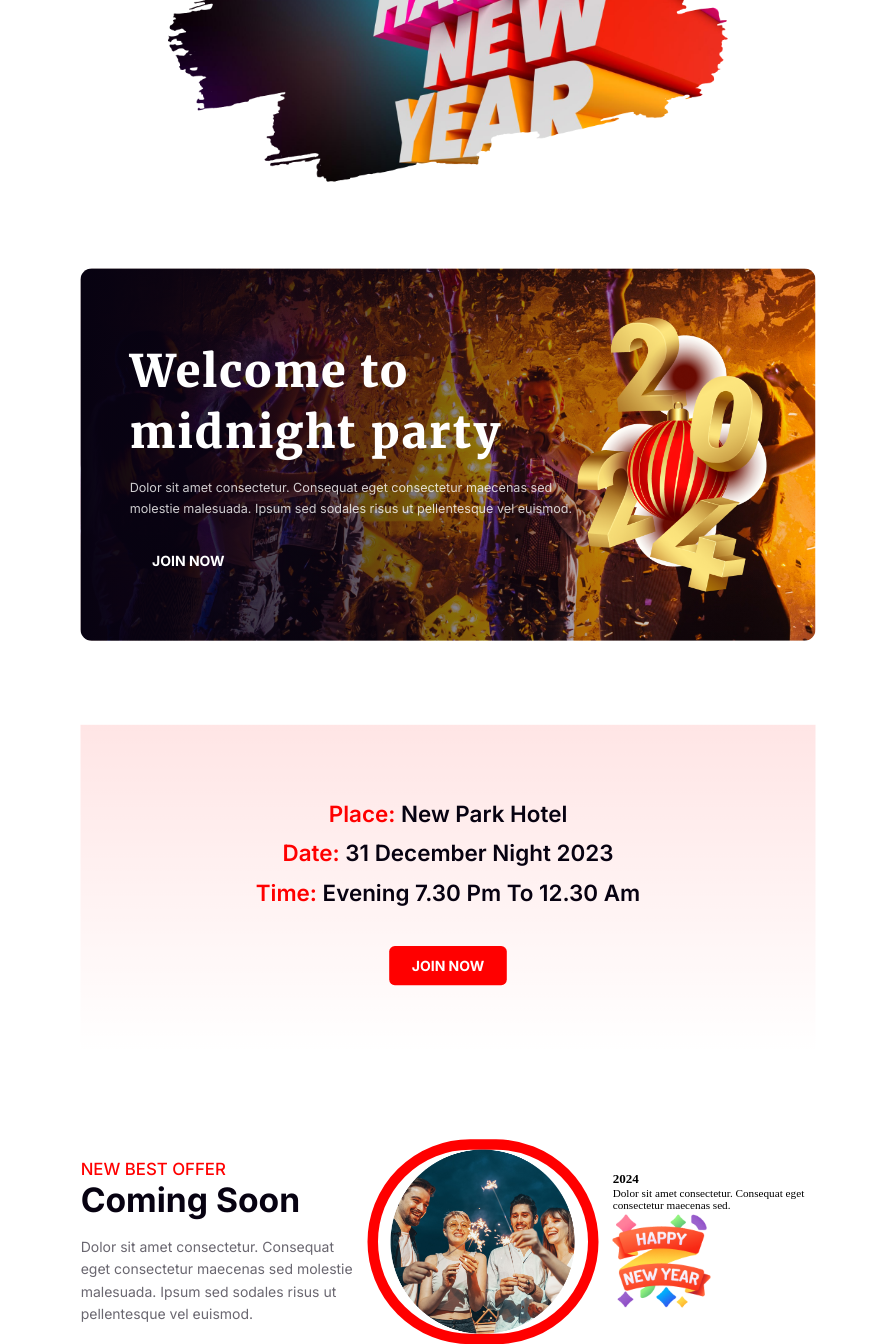
Repository: rahmatahmedrifat/First-Assignment
Page: index.html
The author's editor kept a copy of each file at every save. The page is drawn from the files as they stood at one save, then again after the next save.
The browser window is 1280 px wide. The pictures show the part of the page from y = 1279 to 3199 px (the page is 3199 px tall before and 3144 px after), at 70% of full size.

Above is the page before, as saved 2024-01-08 14:53:57.

### index.html
<!DOCTYPE html>
<html lang="en">
<head>
    <meta charset="UTF-8">
    <meta name="viewport" content="width=device-width, initial-scale=1.0">
    <!-- Title  -->
    <title>New Year 2024</title>
    <!-- favicon icon linked -->
    <link rel="shortcut icon" href="images/New Year Photo.png" type="image/x-icon">
    <!-- style css linked-->
    <link rel="stylesheet" href="Style/style.css">
</head>
<body>
    <!-- header part  -->
    <header>
        <!-- banner section part -->
        <section id="banner">
            <div class="container">
                <div class="banner-container">
                    <div class="banner-content">
                        <h3 class="celebration">Happy New Year</h3>
                        <h2 class="banner-title">New Year Party Celebration</h2>
                    </div>
                </div>
            </div>
        </section>
    </header>
    <!-- main part -->
    <main>
        <!-- categories section part  -->
            <section id="categories">
                <div class="container">
                    <div class="categories-container">
                        <h2 class="categories-discount">65% OFF</h2>
                        <p class="primary-summery">OUR HOLIDAY DEALS ARE BETTER</p>
                        <h3 class="categories-title">ALL CATEGORIES</h3>
                        <div class="categories-img">
                            <img id="new-year-img" src="images/New Year Photo.png" alt="Happy New Year">
                        </div>
                    </div>
                </div>
            </section>

            <!-- party-banner section part -->
            <section id="party-banner">
                <div class="container">
                    <div class="party-container">
                        <div class="party-content">
                            <h2 class="party-title">Welcome to midnight party</h2>
                            <p class="party-description">Dolor sit amet consectetur. Consequat eget consectetur maecenas sed molestie malesuada. Ipsum sed sodales risus ut pellentesque vel euismod. </p>
                            <button id="join-now-btn">JOIN NOW</button>
                        </div>
                        <img class="party-img" src="images/icon/Group 70.png" alt="party-img">
                    </div>
                </div>
            </section>
            <!-- Announce section part -->
            <section id="announce">
                <div class="container">
                    <div class="announce-content">
                        <h4 class="announce-title"><span class="title-color">Place:</span> New Park Hotel</h4>
                        <h4 class="announce-title"><span class="title-color">Date:</span> 31 December Night 2023</h4>
                        <h4 class="announce-title"><span class="title-color">Time:</span> Evening 7.30 pm to 12.30 am</h4>
                        <button class="announce-btn">Join Now</button>
                    </div>
                </div>
            </section>
            <!-- best offer section part -->
            <section id="best-offer">
                <div class="container">
                    <div class="best-offer-container">
                        <div class="best-offer-content">
                            <p class="primary-summery">NEW BEST OFFER</p>
                            <h3 class="best-offer-title">Coming Soon</h3>
                            <p class="best-offer-description">Dolor sit amet consectetur. Consequat eget consectetur maecenas sed molestie malesuada. Ipsum sed sodales risus ut pellentesque vel euismod. </p>
                        </div>
                        <div class="best-offer-img-content">
                            <img class="best-offer-img" src="images/Ellipse 1.png" alt="best-offer-images">
                        </div>
                        <div class="best-offer-year-content">
                            <h3 class="best-offer-year">2024</h3>
                            <p class="best-offer-escription">Dolor sit amet consectetur. Consequat eget consectetur maecenas sed.</p>
                            <img class="best-offer-year-img" src="images/icon/Group 96.png" alt="best-offer-year-img">
                        </div>
                    </div>
                </div>
            </section>
    </main>
    <!--  footer part -->
    <footer></footer>
</body>
</html>

### Style/style.css
/* import google fonts */
@import url('https://fonts.googleapis.com/css2?family=Inter:wght@100;200;300;400;500;600;700;800;900&family=Merriweather:ital,wght@0,300;0,400;0,700;0,900;1,300;1,400;1,700;1,900&display=swap');

*{
    margin: 0;
    padding: 0;
    outline: 0;
}

.container{
    width: 82%;
    margin: 0 auto;
}
/* primary content */
.primary-summery{
    font-family: Inter;
    font-size: 24px;
    font-style: normal;
    font-weight: 500;
    color: #F00;
    line-height: normal;
}
/* banner section related css style */
#banner{
    margin-top: 30px;
}
.banner-container{
    background-image: linear-gradient(180deg, #070211 0%, rgba(7, 2, 17, 0.00) 100%), url(../images/Banner\ Image.png);
    background-size: cover;
    background-repeat: no-repeat;
    background-position: center;
    border-radius: 16px;
    padding: 177px 0px;
}
.banner-container .banner-content{
    width: 632px;
    margin: 0 auto;
}
.banner-container .banner-content .celebration{
    color: #FFF;
    text-align: center;
    font-family: Merriweather;
    font-size: 32px;
    font-style: normal;
    font-weight: 400;
    line-height: normal;
    margin-bottom: 16px;
    z-index: 99;
}
.banner-container .banner-content .banner-title{
    color: #FFF;
    text-align: center;
    font-family: Merriweather;
    font-size: 72px;
    font-style: normal;
    font-weight: 900;
    line-height: 95px;
}
/* categories section related css style */

#categories{
    margin: 120px 0px;
}
.categories-container{
    text-align: center;
}
.categories-container .categories-discount{
    font-family: Inter;
    font-size: 88px;
    font-style: normal;
    font-weight: 700;
    color: #F00;
    line-height: normal;
    margin-bottom: 48px;
}

.categories-title{
    font-family: Inter;
    font-size: 48px;
    font-style: normal;
    font-weight: 700;
    color: #070211;
    line-height: normal;
    margin-bottom: 48px;
}
.categories-container .categories-img{
    width: 800px;
    margin: 0 auto;
}
.categories-img #new-year-img{
    max-width: 100%;
}

/* party-banner section css style  */
#party-banner{

}
.party-container{
    background-image: linear-gradient(90deg, #070211 0%, rgba(7, 2, 17, 0.00) 100%), url(../images/Vectorrr.png);
    background-position: center;
    background-repeat: no-repeat;
    background-size: cover;
    display: flex;
    align-items: center;
    justify-content: space-between;
    border-radius: 16px;
    padding: 70px 70px;
}
.party-container .party-content{
    width: 900px;
}
.party-content .party-title{
    font-family: Merriweather;
    font-size: 64px;
    font-style: normal;
    font-weight: 900;
    color: #FFF;
    line-height: 88px;
    letter-spacing: 3px;
}
.party-content .party-description{
    font-family: Inter;
    font-size: 18px;
    font-style: normal;
    font-weight: 400;
    color: rgba(255, 255, 255, 0.80);
    line-height: 30px;
    margin-top: 20px;
}
#join-now-btn{
    font-family: Inter;
    font-size: 20px;
    font-style: normal;
    font-weight: 700;
    color: #FFF;
    background: transparent;
    line-height: normal;
    text-transform: uppercase;
    border: none;
    cursor: pointer;
    margin-top: 48px;
    margin-left: 32px;
}
.party-container .party-img{
    width: 270px;
    max-width: 100%;
}

/* Announce section css style */

#announce{
    margin: 120px 0px;
}
.announce-content{
    background: linear-gradient(180deg, rgba(255, 0, 0, 0.10) 0%, rgba(255, 0, 0, 0.00) 100%);
    padding: 100px 0;
    text-align: center;
}
.announce-content .announce-title{
    color: #070211;
    font-family: Inter;
    font-size: 32px;
    font-style: normal;
    font-weight: 600;
    line-height: 56px;
    text-transform: capitalize;
}
.announce-content .announce-title .title-color{
    color: #F00;
}
.announce-btn{
    font-family: Inter;
    font-size: 20px;
    font-style: normal;
    font-weight: 700;
    line-height: normal;
    color: #FFF;
    text-align: center;
    text-transform: uppercase;
    border-radius: 8px;
    background: #F00;
    padding: 16px 32px;
    border: none;
    cursor: pointer;
    transition: all ease 0.5s;
    margin-top: 48px;
}
.announce-btn:hover{
    background: #fff;
    color: #f00;
    outline: 1px solid #F00;
}
/* best-offer section style css */

.best-offer-title{
    font-family: Inter;
    font-size: 48px;
    font-style: normal;
    font-weight: 700;
    color: #070211;
    line-height: normal;
}
.best-offer-description{
    font-family: Inter;
    font-size: 20px;
    font-style: normal;
    font-weight: 400;
    color: rgba(7, 2, 17, 0.60);
    line-height: 32px;
    margin-top: 22px;
}
.best-offer-container{
    display: flex;
    align-items: center;
    gap: 20px;
}
.best-offer-content{
    width: 600px;
}
.best-offer-img-content{
    width: 463px;
    border-radius: 463px;
    border: 15px solid #F00;
    display: flex;
    align-items: center;
    justify-content: center;
}
.best-offer-img-content .best-offer-img{
    width: 263px;
}
.best-offer-year{
    width: ;
}

After the next save:
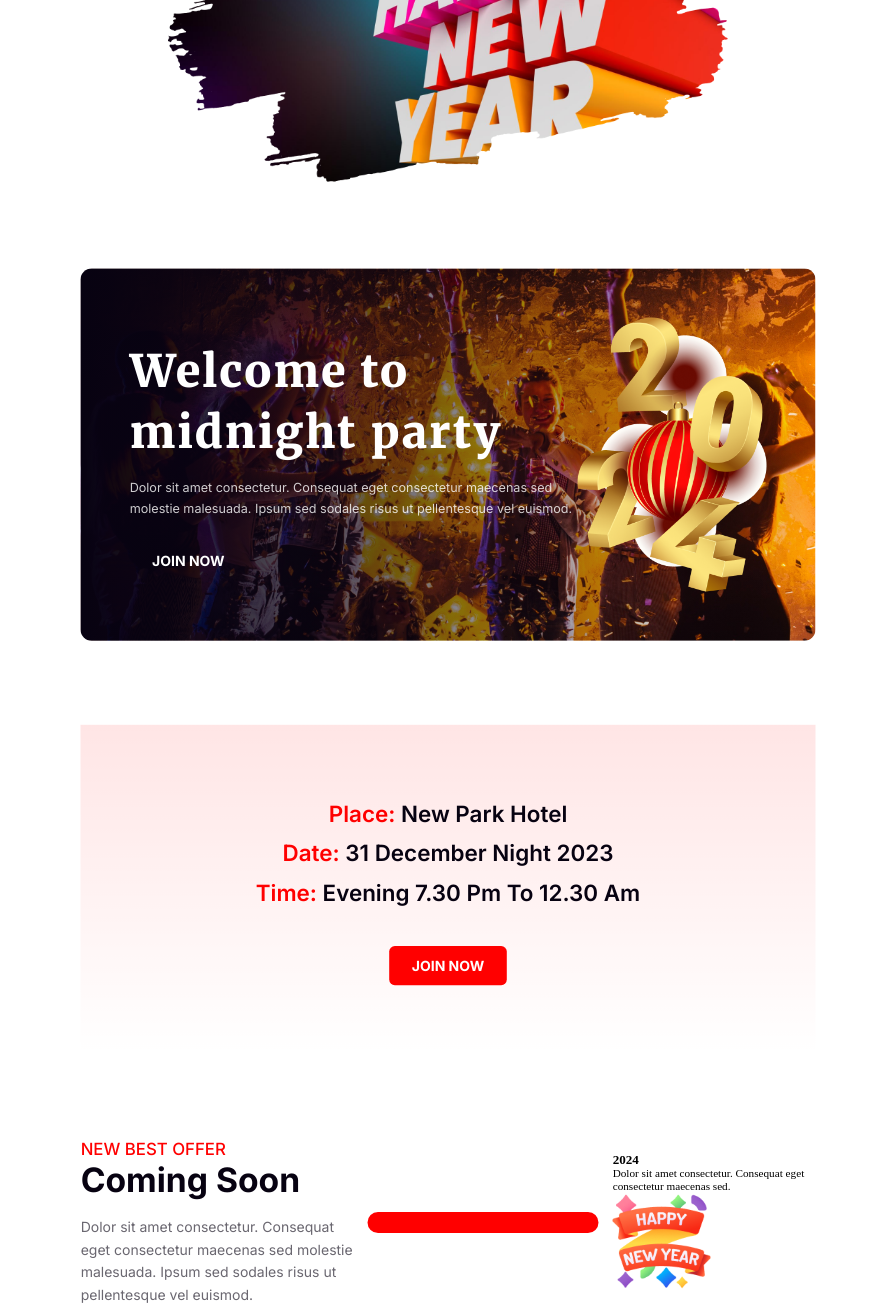
Saved 19 min 42 s later.
--- a/index.html
+++ b/index.html
@@ -75,7 +75,7 @@
                             <p class="best-offer-description">Dolor sit amet consectetur. Consequat eget consectetur maecenas sed molestie malesuada. Ipsum sed sodales risus ut pellentesque vel euismod. </p>
                         </div>
                         <div class="best-offer-img-content">
-                            <img class="best-offer-img" src="images/Ellipse 1.png" alt="best-offer-images">
+                            <!-- /<img class="best-offer-img" src="images/Ellipse 1.png" alt="best-offer-images"> -->
                         </div>
                         <div class="best-offer-year-content">
                             <h3 class="best-offer-year">2024</h3>
